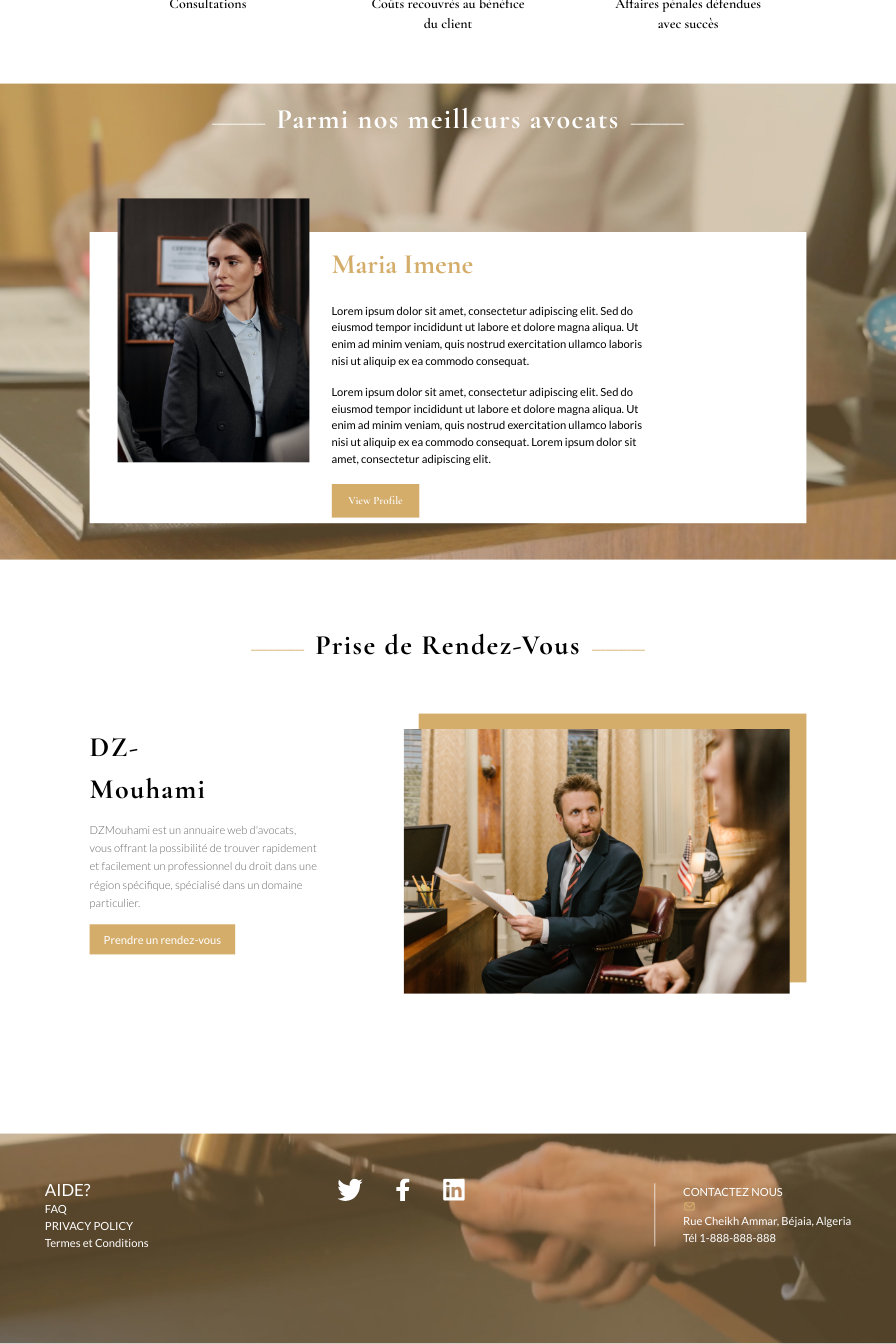
Repository: Chekrouba-Tinhinane/Mohami_dz
Page: / (app in client/)
An editor plug-in stored every save of this project. The page is shown before and after the next save, followed by the edit.
The browser window is 1280 px wide. The pictures show the part of the page from y = 2348 to 4268 px (the page is 4268 px tall), at 70% of full size.
The project was rebuilt for these pictures with package versions that can differ from the ones it lists, and the page was loaded fresh each time. Also part of the build but not shown: client/vite.config.js, client/src/SignIn.jsx, client/src/components/Selector.jsx, client/src/components/SearchContainer.jsx, client/src/Search.jsx, client/src/components/super/HomeLayout.jsx, client/src/components/Profile.jsx.

Above is the page before, as saved 2024-01-25 18:13:30.

After the next save:
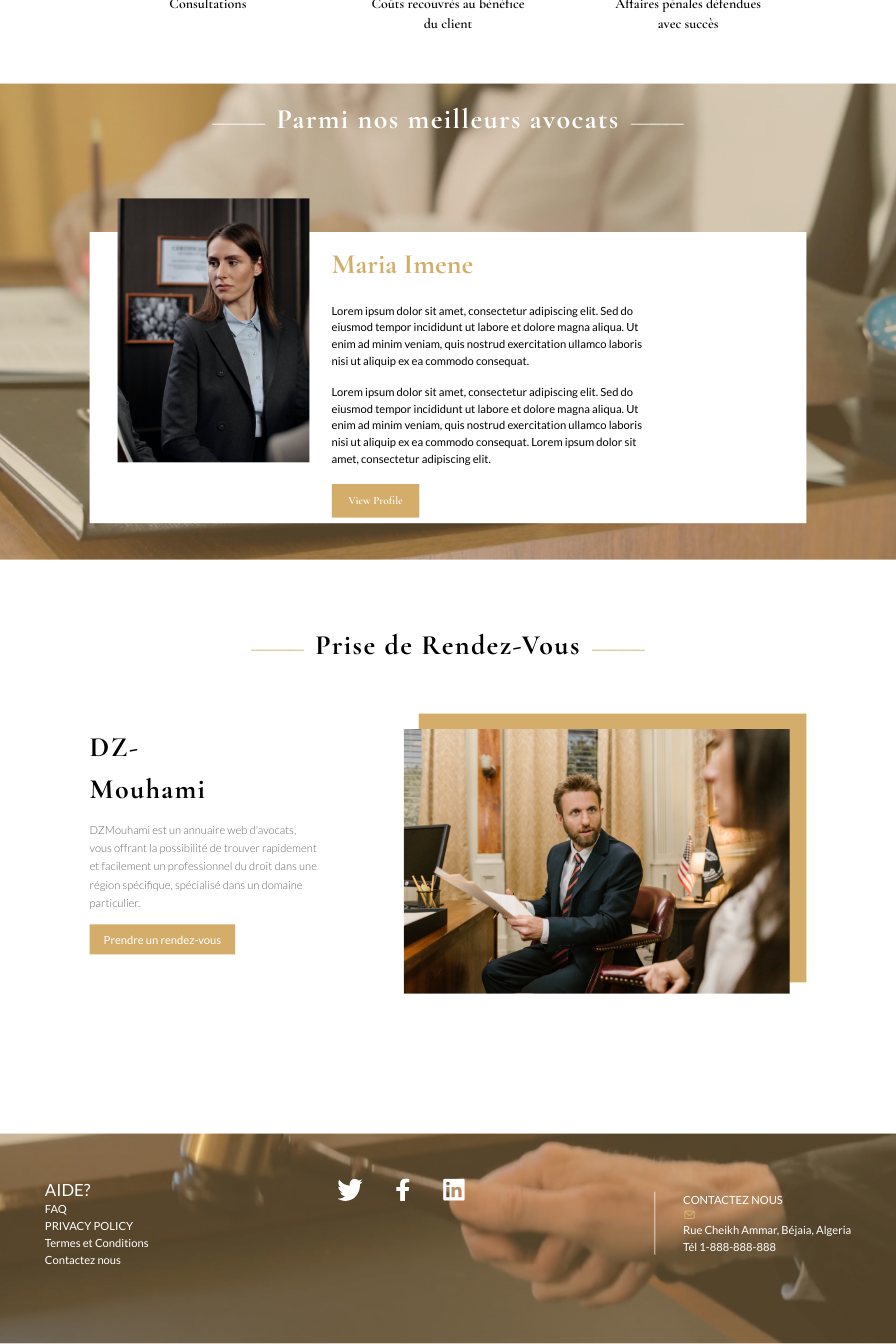
Saved 9 s later.
--- a/client/src/LandingPage.jsx
+++ b/client/src/LandingPage.jsx
@@ -284,7 +284,7 @@ function Footer() {
               <li>FAQ</li>
               <li>PRIVACY POLICY</li>
               <li>Termes et Conditions</li>
-              <label htmlFor=""></label>
+              <li>Contactez nous</li>
             </ul>
 
           </div>
